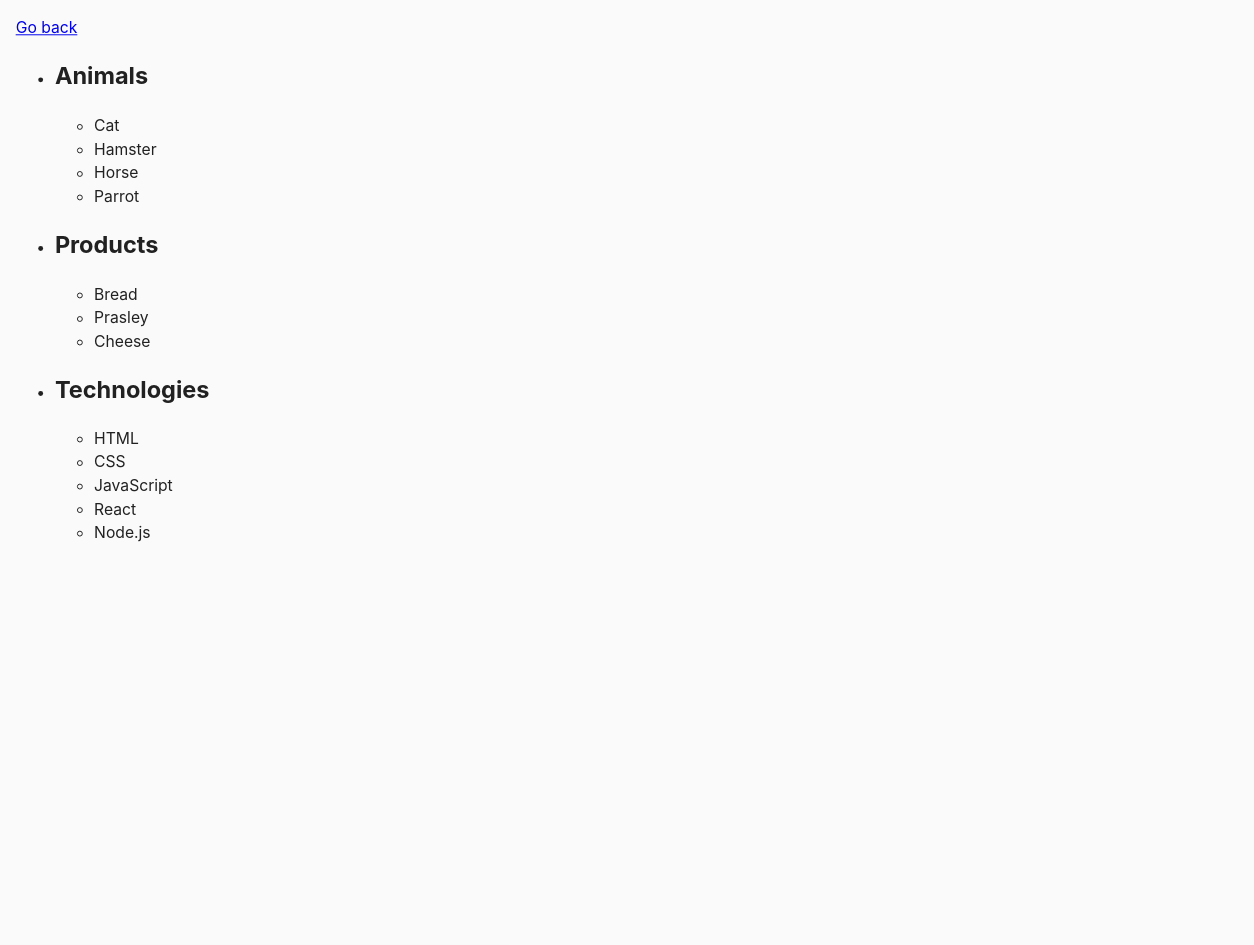
Repository: ViacheslavParfenenko/goit-js-hw-07
Page: task-1.html
These files come from the project's save history. The page is drawn as it stood at one moment and after the next save; the edit follows.
The browser window is 1280 px wide. The pictures show the whole page, at 98% of full size.

Above is the page before, as saved 2024-07-09 16:49:33.

### task-1.html
<!DOCTYPE html>
<html lang="en">
  <head>
    <meta charset="UTF-8" />
    <meta http-equiv="X-UA-Compatible" content="IE=edge" />
    <meta name="viewport" content="width=device-width, initial-scale=1.0" />
    <title>Task 1</title>
    <link rel="stylesheet" href="./css/common.css" />
  </head>
  <body>
    <p><a href="./index.html">Go back</a></p>

    <ul class="list" id="categories">
      <li class="item">
        <h2 class="item-name">Animals</h2>

        <ul>
          <li class="one-item-name">Cat</li>
          <li class="one-item-name">Hamster</li>
          <li class="one-item-name">Horse</li>
          <li class="one-item-name">Parrot</li>
        </ul>
      </li>
      <li class="item">
        <h2>Products</h2>

        <ul>
          <li>Bread</li>
          <li>Prasley</li>
          <li>Cheese</li>
        </ul>
      </li>
      <li class="item">
        <h2>Technologies</h2>

        <ul>
          <li>HTML</li>
          <li>CSS</li>
          <li>JavaScript</li>
          <li>React</li>
          <li>Node.js</li>
        </ul>
      </li>
    </ul>

    <script src="./js/task-1.js" type="module"></script>
  </body>
</html>

### css/common.css
* {
  box-sizing: border-box;
}

body {
  margin: 16px;
  font-family: -apple-system, BlinkMacSystemFont, 'Segoe UI', Roboto, Oxygen,
    Ubuntu, Cantarell, 'Open Sans', 'Helvetica Neue', sans-serif;
  -webkit-font-smoothing: antialiased;
  -moz-osx-font-smoothing: grayscale;
  background-color: #fafafa;
  color: #212121;
  line-height: 1.5;
}

.list {
   width: 440px;
   height: 888px;
   background-color: #fafafa;


}

### js/task-1.js
const categoriesList = document.getElementById('categories');

const categoriesItems = categoriesList.querySelectorAll('li.item');

console.log(`Number of categories: ${categoriesItems.length}`);

categoriesItems.forEach(category => {
  const categoryTitle = category.querySelector('h2').textContent;
  const categoryItems = category.querySelectorAll('ul li').length;
  console.log(`Category: ${categoryTitle}`);
  console.log(`Elements: ${categoryItems}`);
});

const style = document.createElement('style');
style.textContent = `
  .categories {
    display: flex;
    flex-wrap:;
    gap: 10px;
    list-style: none;
    border: 1px;
    padding: 0;
    margin: 0;
  }
  .item {
    flex: 1 1 calc(33.333% - 10px);
    box-sizing: border-box;
  }

  }
`;

After the next save:
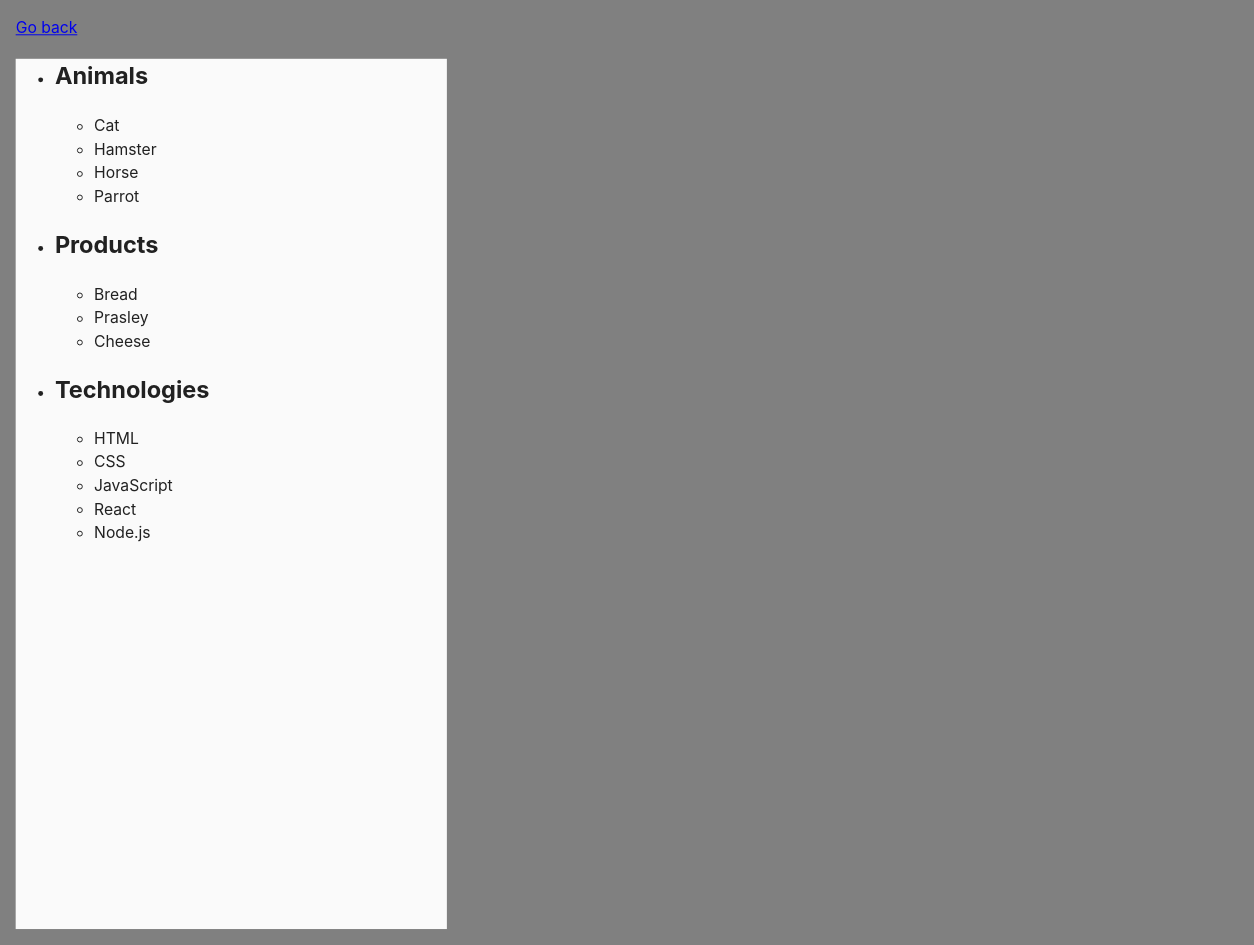
Saved 64 s later.
--- a/css/common.css
+++ b/css/common.css
@@ -8,7 +8,7 @@ body {
     Ubuntu, Cantarell, 'Open Sans', 'Helvetica Neue', sans-serif;
   -webkit-font-smoothing: antialiased;
   -moz-osx-font-smoothing: grayscale;
-  background-color: #fafafa;
+  background-color: gray;
   color: #212121;
   line-height: 1.5;
 }
